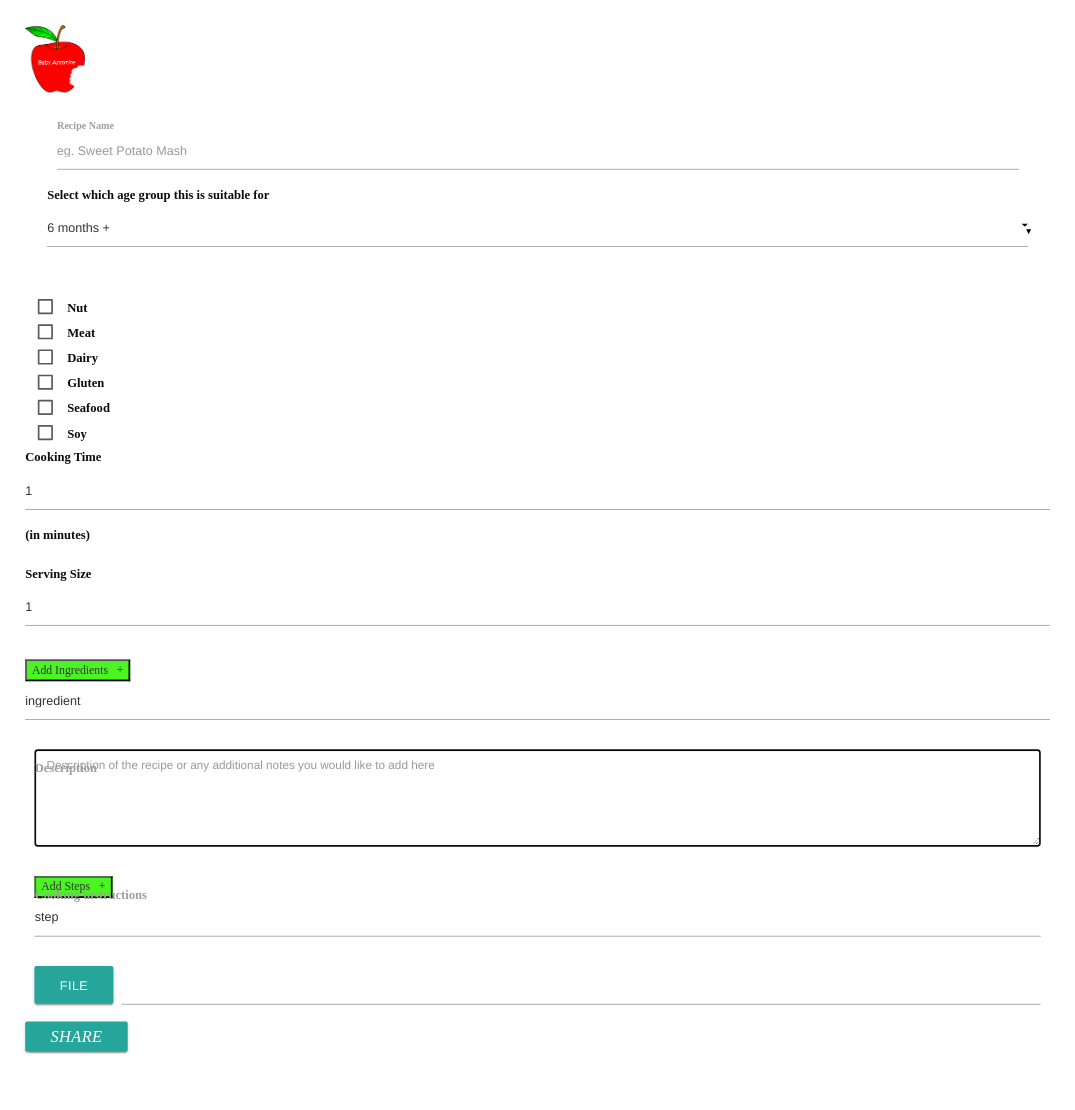
Repository: blueag8/babyappytite
Page: http://localhost/addrecipe
The author's editor kept a record of every edit. The page is drawn from the files as they stood at one moment, then again after the next edit.
The browser window is 1280 px wide. The pictures show the whole page, at 84% of full size.
Some web fonts or font styles are not loaded; a fallback is used. Some web libraries are served in a nearby version. The page is served by the project's application, run on Flask 3 (app.py). Queries for data that is not in the repository find no rows.

Above is the page before.

After the next edit:
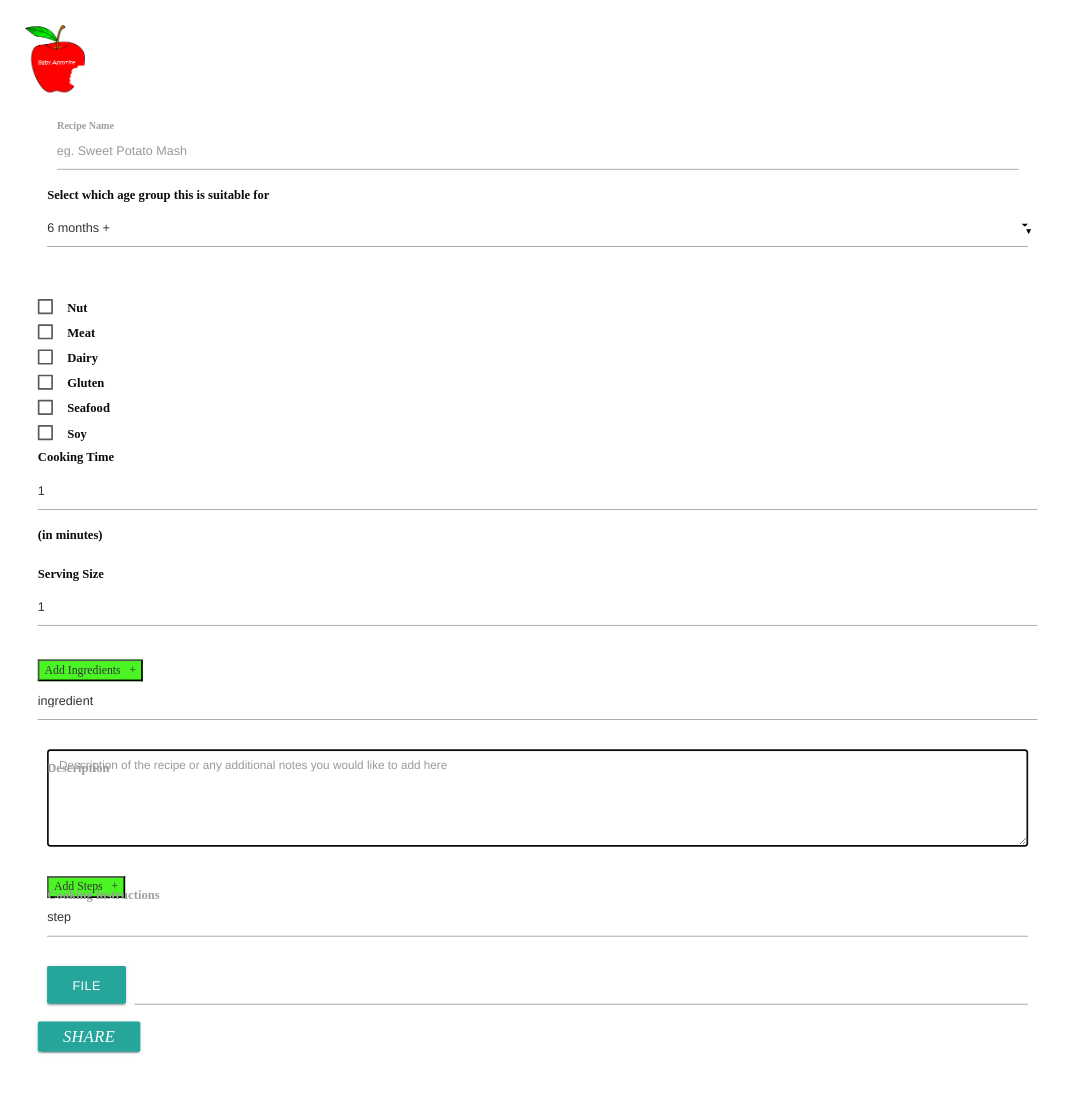
The edit:
--- a/templates/addrecipe.html
+++ b/templates/addrecipe.html
@@ -41,9 +41,10 @@
         <label class="form-check-label" for="Gluten">Gluten</label>
      </div>
     <div class="form-check form-check-inline">
-          <input class="form-check-input" type="checkbox" id="allergen" name="allergen" value="Seafood">
-          <label class="form-check-label" for="Seafood">Seafood</label>
+        <input class="form-check-input" type="checkbox" id="allergen" name="allergen" value="Seafood">
+        <label class="form-check-label" for="Seafood">Seafood</label>
     </div>
+    <div class="form-check form-check-inline">
           <input class="form-check-input" type="checkbox" id="Soy" name="allergen" value="Soy">
           <label class="form-check-label" for="Soy">Soy</label>
       </div>
